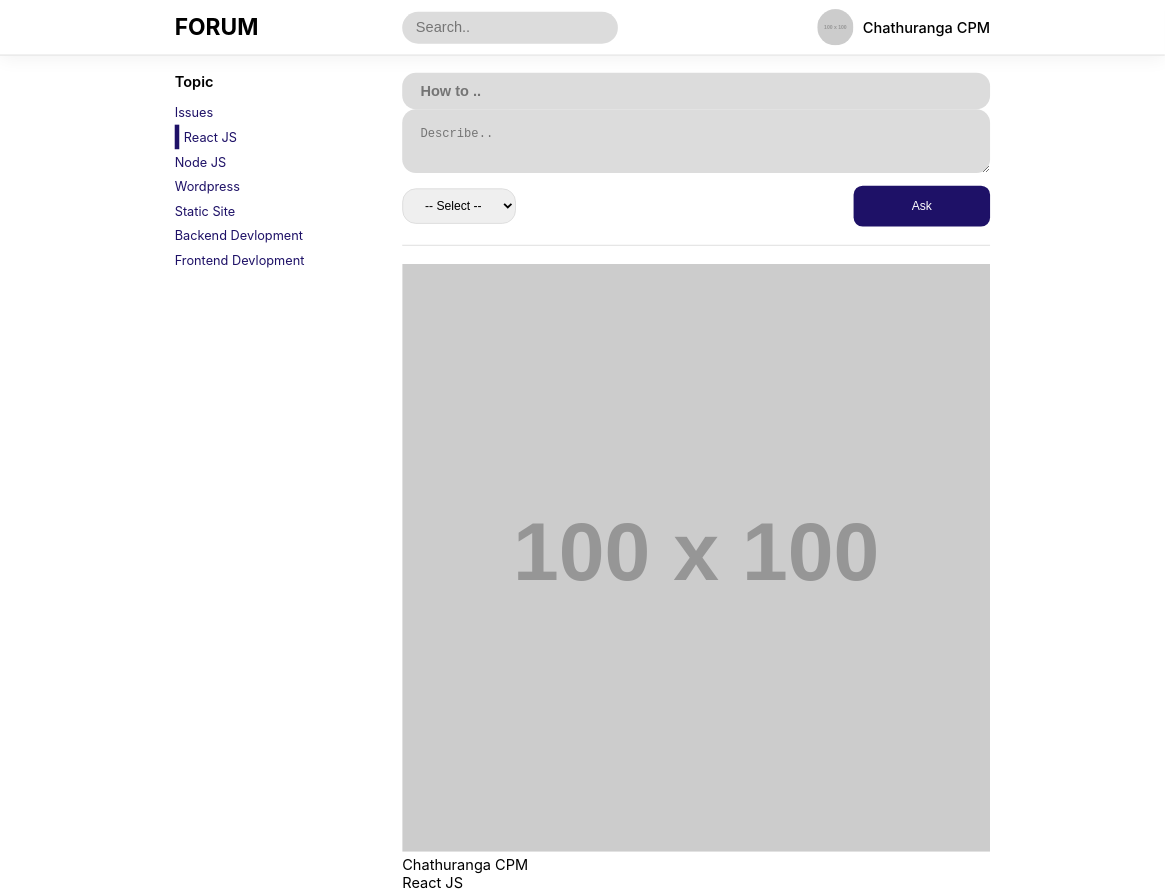
Repository: ChathurangaCPM/developer-forum
Page: / (app in client/)
These files come from the project's save history. The page is drawn as it stood at one moment and after the next save; the edit follows.
The browser window is 1280 px wide. The pictures show the whole page, at 91% of full size.
The project was rebuilt for these pictures with package versions that can differ from the ones it lists, and the page was loaded fresh each time.

Above is the page before, as saved 2022-05-09 22:01:19.

### client/public/index.html
<!DOCTYPE html>
<html lang="en">
  <head>
    <meta charset="utf-8" />
    <link rel="icon" href="%PUBLIC_URL%/favicon.ico" />
    <meta name="viewport" content="width=device-width, initial-scale=1" />
    <meta name="theme-color" content="#000000" />
    <meta
      name="description"
      content="Web site created using create-react-app"
    />
    <link rel="apple-touch-icon" href="%PUBLIC_URL%/logo192.png" />
    <link rel="manifest" href="%PUBLIC_URL%/manifest.json" />

    <title>React App</title>
  </head>
  <body>
    <noscript>You need to enable JavaScript to run this app.</noscript>
    <div id="root"></div>

  </body>
</html>

### client/src/App.js
import MainHeader from "./components/MainHeader/MainHeader";
import SideBar from "./components/SideBar/SideBar";
import './App.min.css';
import AddQuestion from "./components/AddQuestion/AddQuestion";
import SingleQuestion from "./components/SingleQuestion/SingleQuestion";

function App() {
	return (
		<div className="main_wrapper">
			<MainHeader/>
			<div className="wrap_inner_data">
				<div className="side_bar">
					<SideBar/>
				</div>
				<div className="main_content_area">
					<AddQuestion/>

					{/* Load dynamically */}
					<SingleQuestion/>
				</div>
			</div>
		</div>
	);
}

export default App;

### client/src/components/MainHeader/MainHeader.js
import React from 'react';
import { Link } from 'react-router-dom';
import '../../scss/componets/MainHeader/MainHeader.min.css';

function MainHeader() {
	return (
		<div className="main_header">
			<div className="wrap_middle">

				<div className="main_logo">
					<span>FORUM</span>
				</div>


				<div className="search_form">
					<form method="">
						<input type="search" placeholder="Search.."/>
					</form>
				</div>

				<div className="user_pro">
					<img src="//dummyimage.com/100x100/000/fff"/>
					<span>Chathuranga CPM</span>
				</div>
			</div>
		</div>
	);
}

export default MainHeader;

### client/src/components/SideBar/SideBar.js
import '../../scss/componets/SideBar/SideBar.min.css';

function SideBar() {
	return (
		<div className="main_sidebar_wrapper">
			<div className="menu_area">
				<span className="title">Topic</span>
                <ul>
                    <li>Issues</li>
                    <li className="active">React JS</li>
                    <li>Node JS</li>
                    <li>Wordpress</li>
                    <li>Static Site</li>
                    <li>Backend Devlopment</li>
                    <li>Frontend Devlopment</li>
                </ul>
            </div>
		</div>
	);
}

export default SideBar;

### client/src/App.min.css
:root{--primary-color: rgb(30, 17, 103);--secondary-color: #ddd;--border-color: #dcdcdc}.main_wrapper{padding-top:80px}.main_wrapper .wrap_inner_data{display:-webkit-box;display:-ms-flexbox;display:flex;-ms-flex-wrap:wrap;flex-wrap:wrap;max-width:70%;margin:0 auto}.main_wrapper .wrap_inner_data .side_bar{width:250px}.main_wrapper .wrap_inner_data .main_content_area{width:calc(100% - 250px)}img{width:100%}

### client/src/components/AddQuestion/AddQuestion.js
import '../../scss/componets/AddQuestion/AddQuestion.min.css';

function AddQuestion() {
	return (
		<div className="addquestion_wrapper">
			<form >
                <input type="text" placeholder="How to .."/>
                <textarea placeholder="Describe.."></textarea>
                <div className="selrct_cat">
                    <select>
                        <option>-- Select --</option>
                        <option value="reactjs">React Js</option>
                        <option value="reactjs">Node Js</option>
                    </select>
                    <button type="submit">Ask</button>
                </div>
            </form>
		</div>
	);
}

export default AddQuestion;

### client/src/components/SingleQuestion/SingleQuestion.js

function SingleQuestion() {
	return (
		<div className="single_question_wrapper">
			<div className="header_wrap">
                <div className="profile">
                    <div className="pro_img">
                        <img src="http://dummyimage.com/100x100/000/fff"/>
                    </div>
                    <span>Chathuranga CPM</span>
                    <div className="tag">React JS</div>
                </div>

            </div>
		</div>
	);
}

export default SingleQuestion;

### client/src/scss/componets/MainHeader/MainHeader.min.css
.main_header{padding:10px 0;border-bottom:1px solid var(--border-color);-webkit-box-shadow:0px 4px 20px 0px rgba(0,0,0,0.06);box-shadow:0px 4px 20px 0px rgba(0,0,0,0.06);position:fixed;top:0;width:100%;z-index:10px;background:#fff}.main_header .wrap_middle{max-width:70%;margin:0 auto;display:-webkit-box;display:-ms-flexbox;display:flex;-webkit-box-align:center;-ms-flex-align:center;align-items:center}.main_header .wrap_middle .main_logo{width:250px}.main_header .wrap_middle .main_logo span{font-size:25px;font-weight:bold;text-transform:uppercase}.main_header .wrap_middle .search_form{width:calc(100% - 500px)}.main_header .wrap_middle .search_form input{border:none;font-size:16px;line-height:16px;height:35px;border-radius:20px;outline:none;background:var(--border-color);padding:0 15px}.main_header .wrap_middle .user_pro{width:250px;display:-webkit-box;display:-ms-flexbox;display:flex;-webkit-box-align:center;-ms-flex-align:center;align-items:center;-webkit-box-pack:end;-ms-flex-pack:end;justify-content:flex-end}.main_header .wrap_middle .user_pro img{width:40px;height:40px;border-radius:100%;overflow:hidden}.main_header .wrap_middle .user_pro span{padding-left:10px;font-weight:500}

### client/src/scss/componets/SideBar/SideBar.min.css
.main_sidebar_wrapper .menu_area span.title{font-weight:600;display:block;margin-bottom:10px}.main_sidebar_wrapper .menu_area ul{padding:0;list-style:none;margin:0}.main_sidebar_wrapper .menu_area ul li{color:var(--primary-color);padding:5px 0;font-size:14px;-webkit-transition:all 0.3s ease-in-out;transition:all 0.3s ease-in-out;border-left-width:0}.main_sidebar_wrapper .menu_area ul li:hover,.main_sidebar_wrapper .menu_area ul li.active{border-left:5px solid var(--primary-color);padding-left:5px;-webkit-transition:all 0.3s ease-in-out;transition:all 0.3s ease-in-out;cursor:pointer}

### client/src/scss/componets/AddQuestion/AddQuestion.min.css
.addquestion_wrapper{margin-bottom:20px;padding-bottom:20px;border-bottom:1px solid var(--border-color)}.addquestion_wrapper form{width:100%}.addquestion_wrapper form .error_msg{font-size:12px;color:#ff0000}.addquestion_wrapper form .wrap_input{margin-bottom:20px}.addquestion_wrapper form input{height:40px;font-size:16px;font-weight:bold;padding:0 20px;border:none;background:var(--border-color);border-radius:15px;width:calc(100% - 40px)}.addquestion_wrapper form textarea{width:calc(100% - 40px);border:none;background:var(--border-color);padding:20px;outline:none;border-radius:15px;max-width:calc(100% - 40px);min-width:calc(100% - 40px)}.addquestion_wrapper form .selrct_cat{display:-webkit-box;display:-ms-flexbox;display:flex;-webkit-box-align:center;-ms-flex-align:center;align-items:center;-webkit-box-pack:justify;-ms-flex-pack:justify;justify-content:space-between;padding-top:10px}.addquestion_wrapper form .selrct_cat select{border:1px solid var(--border-color);padding:10px 20px;border-radius:15px}.addquestion_wrapper form .selrct_cat button{width:150px;background:var(--primary-color);border:none;padding:15px;color:#fff;border-radius:10px}

Loaded but not shown: client/src/index.js (common file); client/src/index.css (common file); client/src/reportWebVitals.js (common file)

After the next save:
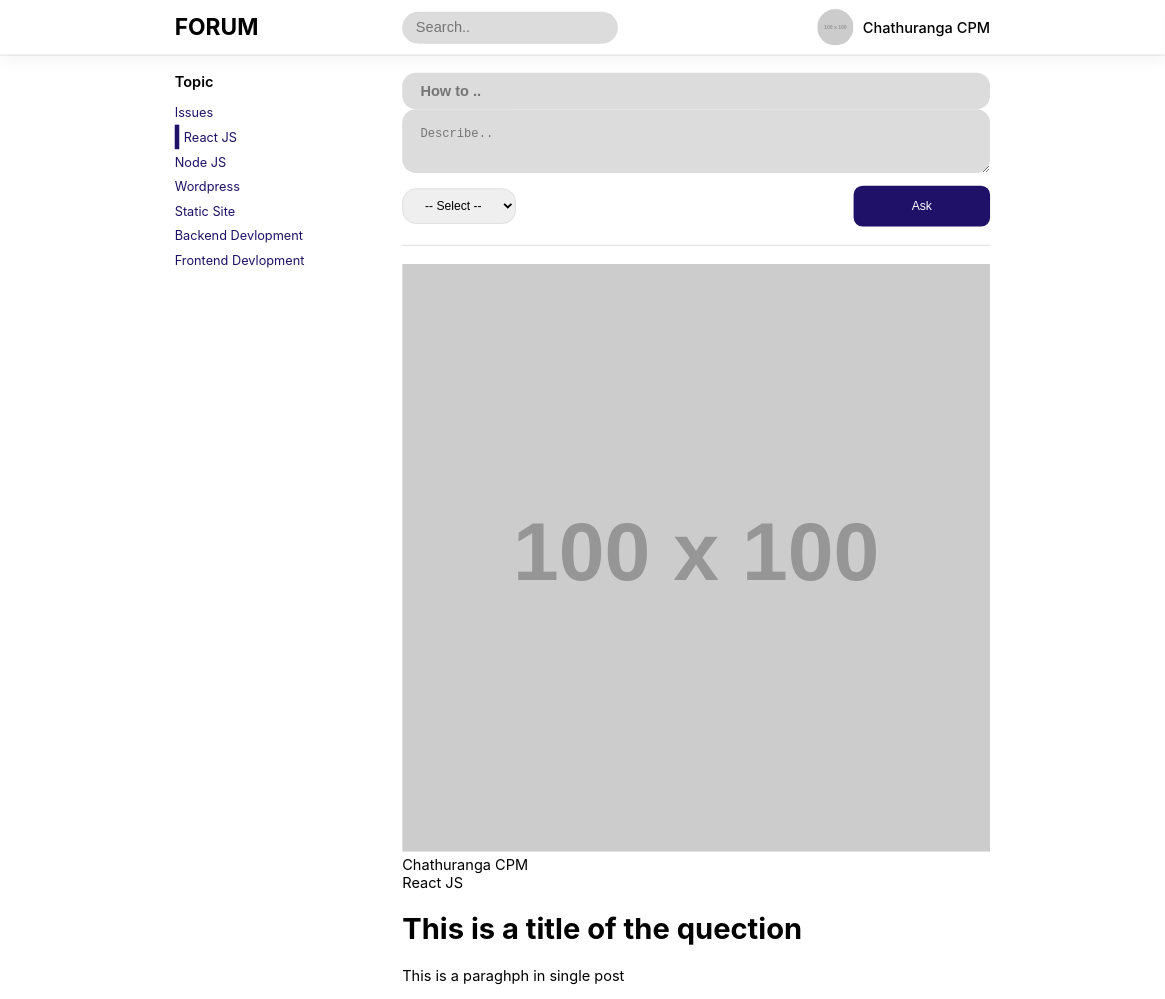
Saved 56 s later.
--- a/client/src/components/SingleQuestion/SingleQuestion.js
+++ b/client/src/components/SingleQuestion/SingleQuestion.js
@@ -12,6 +12,13 @@ function SingleQuestion() {
                 </div>
 
             </div>
+
+            <div className="cont_area">
+                <h1>This is a title of the quection</h1>
+                <p>
+                    This is a paraghph in single post
+                </p>
+            </div>
 		</div>
 	);
 }
